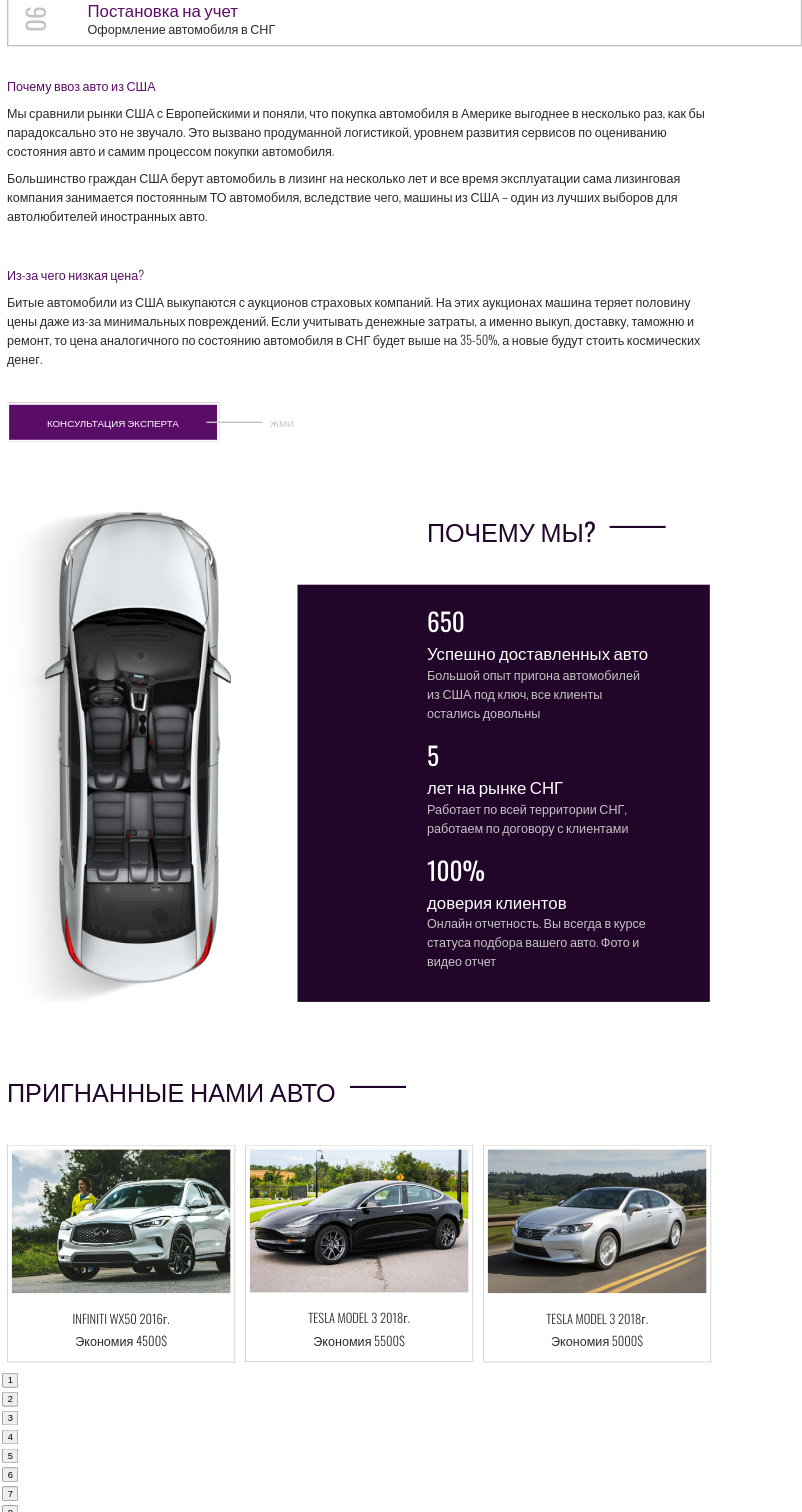
Repository: AlexandrLewandowski/site-1
Page: index.html
The author's editor kept a copy of each file at every save. The page is drawn from the files as they stood at one save, then again after the next save.
The browser window is 1024 px wide. The page is 1146 px wide, so the pictures cover 1146 px, including what lies to the right of the window. The pictures show the part of the page from y = 1516 to 3676 px (the page is 4297 px tall), at 70% of full size.

Above is the page before, as saved 2024-05-10 21:17:00.

### index.html
<!DOCTYPE html>
<html lang="en">

<head>
    <meta charset="UTF-8">
    <meta name="viewport" content="width=device-width, initial-scale=1.0">
    <meta http-equiv="X-UA-Compatible" content="ie=edge">
    <title>Mustang</title>
    <link rel="preconnect" href="https://fonts.googleapis.com">
    <link rel="preconnect" href="https://fonts.gstatic.com" crossorigin>
    <link href="https://fonts.googleapis.com/css2?family=Oswald:wght@300;400&display=swap" rel="stylesheet">
    <link rel="stylesheet" href="css/reset.css">
    <link rel="stylesheet" href="css/slick.css">
    <link rel="stylesheet" href="css/jquery.fancybox.css">
    <link rel="stylesheet" href="css/style.css">
</head>

<body>

    <header class="header">
        <div class="container">
            <div class="header__top">
                <a class="logo" href="#">
                    <img class="logo__img" src="images/logo.svg" alt="logo">
                </a>
                <a class="phone" href="tel:88005553535">8-800-555-35-35</a>
            </div>
            <div class="header__content">
                <h1 class="header__title">
                    Авто из США "под ключ"
                </h1>
                <h2 class="header__subtitle">
                    Закажи себе авто из США с выгодой до 40%
                </h2>
                <p class="header__text">
                    Покупка, доставка, растаможка, ремонт и оформление по договору
                </p>
                <a class="button" href="#">консультация эксперта</a>
                <div class="social header__social">
                    <a class="social__link" href="#">
                        <img class="social__img" src="images/icon/instagram.svg" alt="">
                    </a>
                    <a class="social__link" href="#">
                        <img class="social__img" src="images/icon/telegram.svg" alt="">
                    </a>
                    <a class="social__link" href="#">
                        <img class="social__img" src="images/icon/whatsapp.svg" alt="">
                    </a>
                    <a class="social__link" href="#">
                        <img class="social__img" src="images/icon/facebook.svg" alt="">
                    </a>
                </div>
                <img class="header__images" src="images/ford-mustang.png" alt="ford mustang">
            </div>
        </div>
    </header>

    <section class="services">
        <div class="container">
            <h2 class="title">Наши услуги</h2>
            <div class="services__inner">
                <div class="services__content">
                    <div class="services__content-box">
                        <h6 class="services__content-title">
                            Почему ввоз авто из США
                        </h6>
                        <div class="services__content-textbox">
                            <p class="services__content-text">
                                Мы сравнили рынки США с Европейскими и поняли, что покупка автомобиля в Америке выгоднее
                                в несколько раз, как бы парадоксально это не звучало. Это вызвано продуманной
                                логистикой, уровнем развития сервисов по оцениванию состояния авто и самим процессом
                                покупки автомобиля.
                            </p>
                            <p class="services__content-text">
                                Большинство граждан США берут автомобиль в лизинг на несколько лет и все время
                                эксплуатации сама лизинговая компания занимается постоянным ТО автомобиля, вследствие
                                чего, машины из США – один из лучших выборов для автолюбителей иностранных авто.
                            </p>
                        </div>
                    </div>
                    <div class="services__content-box">
                        <h6 class="services__content-title">
                            Из-за чего низкая цена?
                        </h6>
                        <div class="services__content-textbox">
                            <p class="services__content-text">
                                Битые автомобили из США выкупаются с аукционов страховых компаний. На этих аукционах
                                машина теряет половину цены даже из-за минимальных повреждений. Если учитывать денежные
                                затраты, а именно выкуп, доставку, таможню и ремонт, то цена аналогичного по состоянию
                                автомобиля в СНГ будет выше на 35-50%, а новые будут стоить космических денег.
                            </p>
                        </div>
                    </div>
                    <a class="button button--decor" href="#">консультация эксперта</a>
                </div>
                <ol class="services__list">
                    <li class="services__item">
                        <p class="services__item-title">Покупка авто</p>
                        <p class="services__item-text">Подбор автомобиля и экспертная проверка</p>
                    </li>
                    <li class="services__item">
                        <p class="services__item-title">Доставка морем</p>
                        <p class="services__item-text">Расчет оптимальной стоимости доставки авто</p>
                    </li>
                    <li class="services__item">
                        <p class="services__item-title">Растаможка авто</p>
                        <p class="services__item-text">Прохождение таможенного оформления (2-3 дня)</p>
                    </li>
                    <li class="services__item">
                        <p class="services__item-title">Ремонт авто</p>
                        <p class="services__item-text">Комплексный ремонт автомобиля на СТО</p>
                    </li>
                    <li class="services__item">
                        <p class="services__item-title">Сертификация</p>
                        <p class="services__item-text">Услуга предоставляется по желанию</p>
                    </li>
                    <li class="services__item">
                        <p class="services__item-title">Постановка на учет</p>
                        <p class="services__item-text">Оформление автомобиля в СНГ</p>
                    </li>
                </ol>
            </div>
        </div>
    </section>
    <section class="benefits">
        <div class="container">
            <div class="benefits__inner">
                <img CLASS="benefits__images" src="images/car.png" alt="car">
                <div class="benefits__content">
                    <h2 class="title benefits__title">Почему мы?</h2>
                    <ul class="benefits__list">
                        <li class="benefits__item">
                            <p class="benefits__item-num">
                                650
                            </p>
                            <p class="benefits__item-title">Успешно доставленных авто</p>
                            <p class="benefits__item-text">Большой опыт пригона автомобилей из США под ключ, все клиенты
                                остались довольны</p>
                        </li>
                        <li class="benefits__item">
                            <p class="benefits__item-num">
                                5
                            </p>
                            <p class="benefits__item-title">лет на рынке СНГ</p>
                            <p class="benefits__item-text">Работает по всей территории СНГ, работаем по договору с
                                клиентами</p>
                        </li>
                        <li class="benefits__item">
                            <p class="benefits__item-num">
                                100%
                            </p>
                            <p class="benefits__item-title">доверия клиентов</p>
                            <p class="benefits__item-text">Онлайн отчетность. Вы всегда в курсе статуса подбора вашего
                                авто. Фото и видео отчет</p>
                        </li>
                    </ul>
                </div>
            </div>
        </div>
    </section>
    <!-- <section class="carousel"> -->
    <div class="container">
        <h2 class="title">
            Пригнанные нами авто
        </h2>
        <div class="carousel__inner">
            <div class="carousel__item">
                <div class="carousel__item-box">
                    <img class="carousel__item-img" src="images/carousel/1.jpg" alt="carousel1">
                    <h4 class="carousel__item-title">INFINITI WX50 2016г.</h4>
                    <p class="carousel__item-text">Экономия 4500$</p>
                </div>
            </div>
            <div class="carousel__item">
                <div class="carousel__item-box">
                    <img class="carousel__item-img" src="images/carousel/2.jpg" alt="carousel2">
                    <h4 class="carousel__item-title">TESLA MODEL 3 2018г.</h4>
                    <p class="carousel__item-text">Экономия 5500$</p>
                </div>
            </div>
            <div class="carousel__item">
                <div class="carousel__item-box">
                    <img class="carousel__item-img" src="images/carousel/3.jpg" alt="carousel3">
                    <h4 class="carousel__item-title">TESLA MODEL 3 2018г.</h4>
                    <p class="carousel__item-text">Экономия 5000$</p>
                </div>
            </div>
            <div class="carousel__item">
                <div class="carousel__item-box">
                    <img class="carousel__item-img" src="images/carousel/1.jpg" alt="carousel1">
                    <h4 class="carousel__item-title">INFINITI QX50 2017г.</h4>
                    <p class="carousel__item-text">Экономия 5000$</p>
                </div>
            </div>
            <div class="carousel__item-box">
                <img class="carousel__item-img" src="images/carousel/2.jpg" alt="carousel2">
                <h4 class="carousel__item-title">INFINITI WX50 2016г.</h4>
                <p class="carousel__item-text">Экономия 4500$</p>
            </div>
            <div class="carousel__item">
                <div class="carousel__item-box">
                    <img class="carousel__item-img" src="images/carousel/3.jpg" alt="carousel3">
                    <h4 class="carousel__item-title">TESLA MODEL 3 2018г.</h4>
                    <p class="carousel__item-text">Экономия 5500$</p>
                </div>
            </div>
            <div class="carousel__item">
                <div class="carousel__item-box">
                    <img class="carousel__item-img" src="images/carousel/1.jpg" alt="carousel1">
                    <h4 class="carousel__item-title">TESLA MODEL 3 2018г.</h4>
                    <p class="carousel__item-text">Экономия 4500$</p>
                </div>
            </div>
            <div class="carousel__item">
                <div class="carousel__item-box">
                    <img class="carousel__item-img" src="images/carousel/2.jpg" alt="carousel2">
                    <h4 class="carousel__item-title">INFINITI QX50 2017г.</h4>
                    <p class="carousel__item-text">Экономия 5000$</p>
                </div>
            </div>
        </div>
    </div>
    </section>
    <section class="contacts">
        <div class="container">
            <div class="contacts__inner">
                <div class="contacts__info">
                    <h2 class="title">
                        Контакты
                    </h2>
                    <ul class="contacts__list">
                        <li class="contacts__item">
                            <p class="contacts__item-title">Адрес</p>
                            <p class="contacts__item-text">г. Москва<br> ул. Академика Королёва, д. 12</p>
                        </li>
                        <li class="contacts__item">
                            <p class="contacts__item-title">Время работы</p>
                            <p class="contacts__item-text">Пн-Сб: с 09:00 до 19:00,<br>
                                Вс: выходной
                            </p>
                        </li>
                        <li class="contacts__item">
                            <p class="contacts__item-title">Телефон</p>
                            <p class="contacts__item-text">8-800-555-35-35</p>
                        </li>
                    </ul>
                </div>
                <form action="" class="contacts__form">
                    <h2 class="title contacts__title">Оставить заявку</h2>
                    <input class="contacts__input" type="text" placeholder="Как Вас зовут">
                    <input class="contacts__input" type="text" placeholder="Ваш номер телефона">
                    <button class="contacts__btn button" type="submit">Отправить заявку</button>
                </form>
            </div>
        </div>
    </section>
    <footer class="footer">
        <div class="container">
            <div class="footer__inner">
                <a class="logo" href="#">
                    <img class="logo__img" src="images/logo.svg" alt="logo">
                </a>
                <div class="social">
                    <a class="social__link" href="#">
                        <img class="social__img" src="images/icon/instagram.svg" alt="">
                    </a>
                    <a class="social__link" href="#">
                        <img class="social__img" src="images/icon/telegram.svg" alt="">
                    </a>
                    <a class="social__link" href="#">
                        <img class="social__img" src="images/icon/whatsapp.svg" alt="">
                    </a>
                    <a class="social__link" href="#">
                        <img class="social__img" src="images/icon/facebook.svg" alt="">
                    </a>
                </div>
                <a class="footer__copy">Политика конфиденциальности</a>
            </div>
        </div>
    </footer> -->

    <script src="https://ajax.googleapis.com/ajax/libs/jquery/3.4.1/jquery.min.js"></script>
    <script src="js/slick.min.js"></script>
    <script src="js/jquery.fancybox.min.js"></script>
    <script src="js/main.js"></script>
</body>

</html>

### css/style.css
*,
*::after *::before {
    box-sizing: border-box;
}

body {
    font-family: "Oswald", sans-serif;
    font-size: 18px;
    line-height: 27px;
    font-weight: 300;
    color: #2C2B2B;
}

a {
    text-decoration: none;
    color: inherit;
    display: inline-block;
}

.container {
    max-width: 1220px;
    margin: 0 auto;
    padding: 0 10px;
}

.header {
    background-image: url(../images/header-bg.jpg);
    background-repeat: no-repeat;
    background-size: cover;
    background-position: top center;
    min-height: 700px;
    color: #fff;
}

.header__top {
    padding: 47px 0 46px;
    display: flex;
    justify-content: space-between;
    align-items: center;
}

.phone {
    font-weight: 400;
    font-size: 36px;
    line-height: 54px;
}

.header__content {
    padding-top: 60px;
    position: relative;
}

.header__title {
    font-size: 72px;
    font-weight: 400;
    line-height: 107px;
    text-transform: uppercase;
}

.header__subtitle {
    font-size: 36px;
    line-height: 54px;
    font-weight: 400;
    text-transform: uppercase;
    margin-bottom: 30px;
}

.header__text {
    margin-bottom: 30px;
    max-width: 800px;
}

.button {
    font-size: 14px;
    line-height: 21px;
    text-transform: uppercase;
    padding: 14px 54px 15px;
    background-color: #5A0D67;
    transition: all .5s;
}

.button:hover {
    color: #5A0D67;
    background-color: #fff;
}

.header__social {
    padding: 70px 0 20px 70px;
}

.social {
    display: flex;
    align-items: center;
}

.social__link {
    margin: 0 5px;
}

.header__images {
    position: absolute;
    right: 0;
    bottom: -265px;
}

.services {
    padding-top: 350px;
}

.title {
    color: #21062A;
    font-size: 36px;
    line-height: 54px;
    font-weight: 400;
    text-transform: uppercase;
    margin-bottom: 50px;
    position: relative;
}

.title::after {
    content: '';
    width: 80px;
    height: 3px;
    background-color: #21062A;
    position: absolute;
    top: 20px;
    margin-left: 20px;
}

.services__inner {
    display: flex;
    margin-bottom: 100px;
}

.services__content {
    width: 505px;
    margin-right: 96px;
}


.services__content-title {
    color: #5A0D67;
    font-size: 18px;
    line-height: 27px;
    font-weight: 300;
    margin-bottom: 12px;
}

.services__content-textbox {
    margin-bottom: 57px;
}

.services__content-text {
    margin-bottom: 12px;
}

.button--decor {
    margin-top: -7px;
    color: #fff;
    border: solid;
    position: relative;
}

.button--decor::after {
    content: 'ЖМИ';
    color: #c4c4c4;
    margin-left: 130px;
    position: absolute;
}

.button--decor::before {
    content: '';
    width: 80px;
    height: 2px;
    background-color: #c4c4c4;
    position: absolute;
    right: -65px;
    top: 24px;
}

.services__list {
    list-style: none;
    counter-reset: my-counter;
}

.services__item {
    counter-increment: my-counter;
    border: 2px solid #c4c4c4;
    margin-bottom: 12px;
    width: 450px;
    padding: 10px 15px 10px 113px;
    position: relative;
    transition: all .5s;
    cursor: pointer;
}

.services__item::before {
    content: '0'counter(my-counter);
    position: absolute;
    left: 20px;
    font-size: 36px;
    line-height: 54px;
    font-weight: 400;
    color: #c4c4c4;
    transform: rotate(270deg);
    transition: all .5s;
}

.services__item:hover {
    border: 2px solid #5a0D67;
    width: 500px;
}

.services__item:hover,
.services__item-title {
    color: #5A0D67;

}

.services__item:hover::before {
    color: #5A0D67;
}

.services__item-title {
    font-size: 24px;
    font-weight: 300;
}

.benefits {
    margin-bottom: 100px;
}

.benefits__inner {
    display: flex;
}

.benefits__images {
    margin-right: 95px;
}

.benefits__content {
    width: 100%;
    color: #fff;
}

.benefits__title {
    margin-left: 185px;
}

.benefits__list {
    list-style: none;
    background-color: #21062A;
    padding: 25px 0 25px 185px;
}

.benefits__item {
    width: 320px;
    margin-bottom: 20px;
}

.benefits__item-num {
    font-size: 36px;
    line-height: 54px;
    font-weight: 400;
}

.benefits__item-title {
    font-size: 24px;
    line-height: 36px;
    font-weight: 300;
}

.benefits__item-text {
    color: #c4c4c4;

}

.carousel {
    margin-bottom: 100px;
}

.carousel__inner {
    margin: 0 -7px;
}

.carousel__item {
    margin: 0 7px;
}

.carousel__item-box {
    border: 1px solid #c4c4c4;
    padding: 6px 6px 16px 6px;
    text-align: center;
}

.carousel__item-box:hover {
    color: #fff;
    background-color: #5a0D67;
    border-color: #5A0D67;
    transition: all .5s;
}

.carousel__item-img {
    width: 100%;
    margin-bottom: 23px;
}

.carousel__item-title {
    font-weight: 300;
    margin-bottom: 5px;
}

.carousel .slick-dots {
    display: flex;
    justify-content: center;
    margin-top: 50px;
    list-style: none;
}

.carousel .slick-dots button {
    font-size: 0;
    border: none;
    padding: 0;
    margin: 0 10px;
    background-color: #c4c4c4;
    height: 1px;
    width: 50px;
}

.carousel .slick-active button {
    background-color: #5A0D67;
    height: 3px;
}

.contacts__inner {
    display: flex;
    justify-content: space-between;
}

.contacts__list {
    list-style: none;
}

.contacts__item {
    margin-bottom: 20px;
}

.contacts__item-title {
    color: #5A0D67;
}

.contacts__form {
    background-color: #210621;
    padding: 50px 75px 57px;
    text-align: center;
}

.contacts__title {
    color: #fff;
    margin-bottom: 16px;
    margin-left: 53px;
    text-align: left;
}

.contacts__title::after {
    background-color: #fff;
}

.contacts__input {
    background-color: transparent;
    width: 450px;
    height: 75px;
    color: #fff;
    border: 1px solid #fff;
    margin-bottom: 12px;
    display: block;
    font-size: 25px;
    padding: 0 15px;
    text-align: center;
}

.contacts__input::placeholder {
    text-align: center;
    font-family: 'Oswald', sans-serif;
    font-size: 18px;
    line-height: 27px;
    font-weight: 300;
    color: #c4c4c4;
}

.contacts__btn {
    border: none;
    color: #fff;
    margin-top: 78px;
    cursor: pointer;
}

.footer {
    background-color: #210621;
}

.footer__inner {
    display: flex;
    justify-content: space-between;
    align-items: center;
    color: #fff;
    height: 100px;
}

@media (max-width: 1140px) {
    .services__item:hover {
        width: 450px;
    }
}

@media (max-width: 1024px) {
    .header__images {
        width: 80%;
    }

    .services {
        padding-top: 250px;
    }

    .services__inner {
        flex-wrap: wrap;
    }

    .services__list {
        order: -1;
        margin-bottom: 30px;
        width: 100%;
    }

    .services__item {
        width: 100%;
    }

    .services__item:hover {
        width: 100%;
    }

    .services__content {
        width: 100%;
        margin-right: 0;
    }
}

@media (max-width: 900px) {
    .header__images {
        width: 80%;
    }

    .phone {
        font-size: 24px;
        line-height: 36px;
    }

    .header__title {
        font-size: 54px;
        line-height: 74px;
    }

    .header__subtitle {
        font-size: 24px;
        line-height: 36px;
        margin-bottom: 20px;
    }

    .header__social {
        padding: 30px 0 20px 55px;
    }
}

@media (max-width: 600px) {
    .header__content {
        padding-top: 0;
        text-align: center;
    }

    .header__social {
        padding: 30px 0 20px 0;
    }

    .social {
        justify-content: center;
    }

    .services {
        padding-top: 150px;
    }

    .title {
        font-size: 28px;
        line-height: 36px;
        margin-bottom: 30px;
        text-align: center;
    }

    .title::after {
        display: none;
    }

    body {
        font-size: 16px;
        line-height: 22px;
    }

    .services__item::before {
        top: 5px;
    }

    .services__content {
        text-align: center;
    }
}

@media (max-width: 520px) {
    .header__top {
        flex-wrap: wrap;
        justify-content: center;
        text-align: center;
    }

    .logo {
        margin-bottom: 20px;
        width: 100%;
    }

    .header__title {
        margin-bottom: 20px;
    }

    .header__images {
        position: static;
    }

    .services {
        padding-top: 50px;
    }

    .services__item {
        padding-left: 60px;
    }

    .services__item::before {
        left: 11px;
    }

    .button--decor::before {
        right: -50px;
    }

    .button--decor::after {
        margin-left: 110px;
    }

    .services__inner,
    .benefits {
        margin-bottom: 50px;
    }
}

@media (max-width: 360px) {

    .button--decor::before,
    .button--decor::after {
        display: none;
    }
}

@media (max-width: 340px) {
    .header__title {
        font-size: 44px;
        line-height: 50px;
    }
}

### js/main.js
$(function () {

    $('.carousel__inner').slick({
        arrows: false,
        dots: true,
        slidesToShow: 3
    });


});

Loaded but not shown: css/reset.css (common file); css/slick.css (common file); css/jquery.fancybox.css (library); js/slick.min.js (library); js/jquery.fancybox.min.js (library)

After the next save:
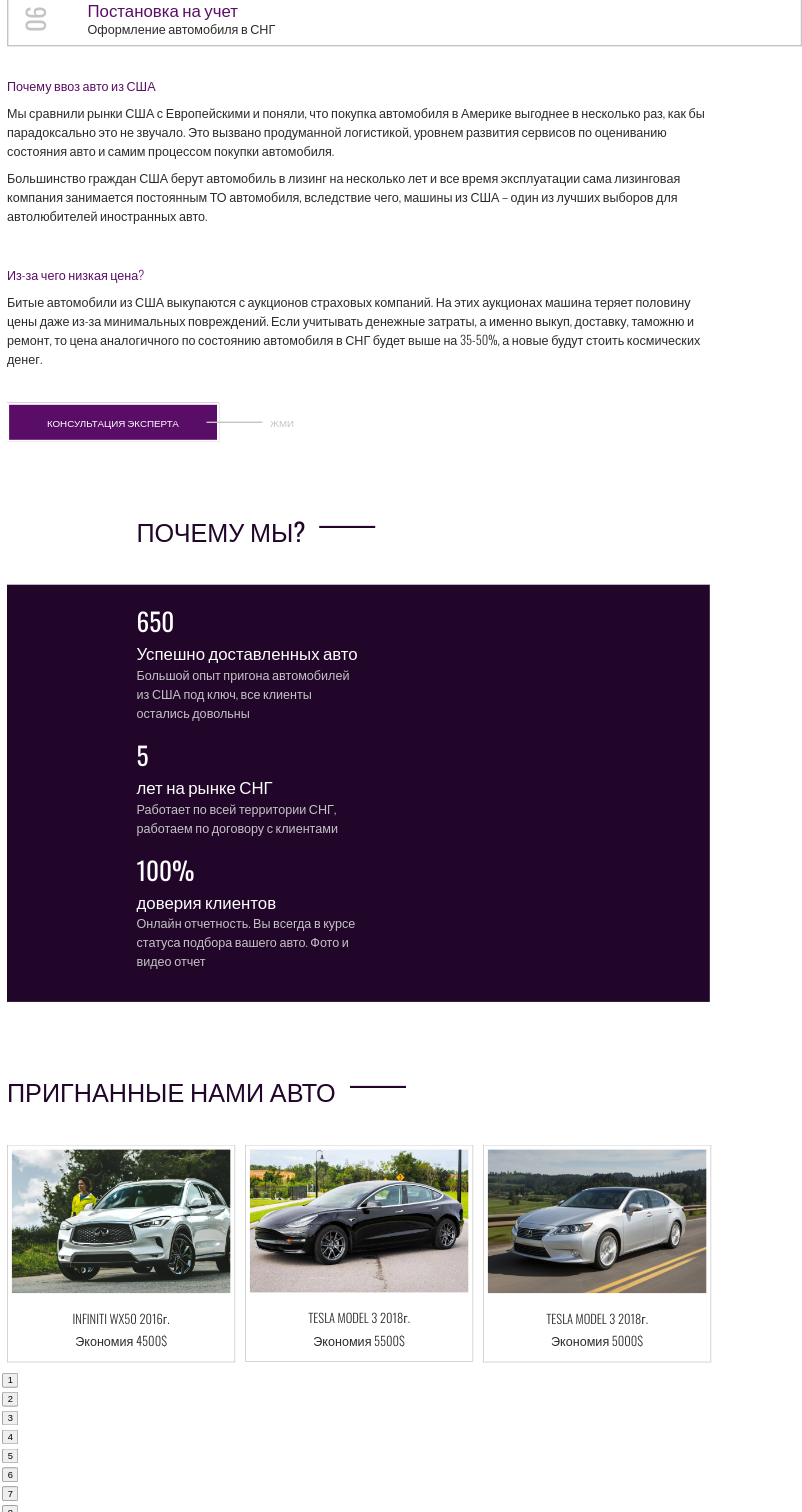
Saved 2 min 13 s later.
--- a/css/style.css
+++ b/css/style.css
@@ -444,6 +444,10 @@
         width: 100%;
         margin-right: 0;
     }
+
+    .benefits__images {
+        display: none;
+    }
 }
 
 @media (max-width: 900px) {
